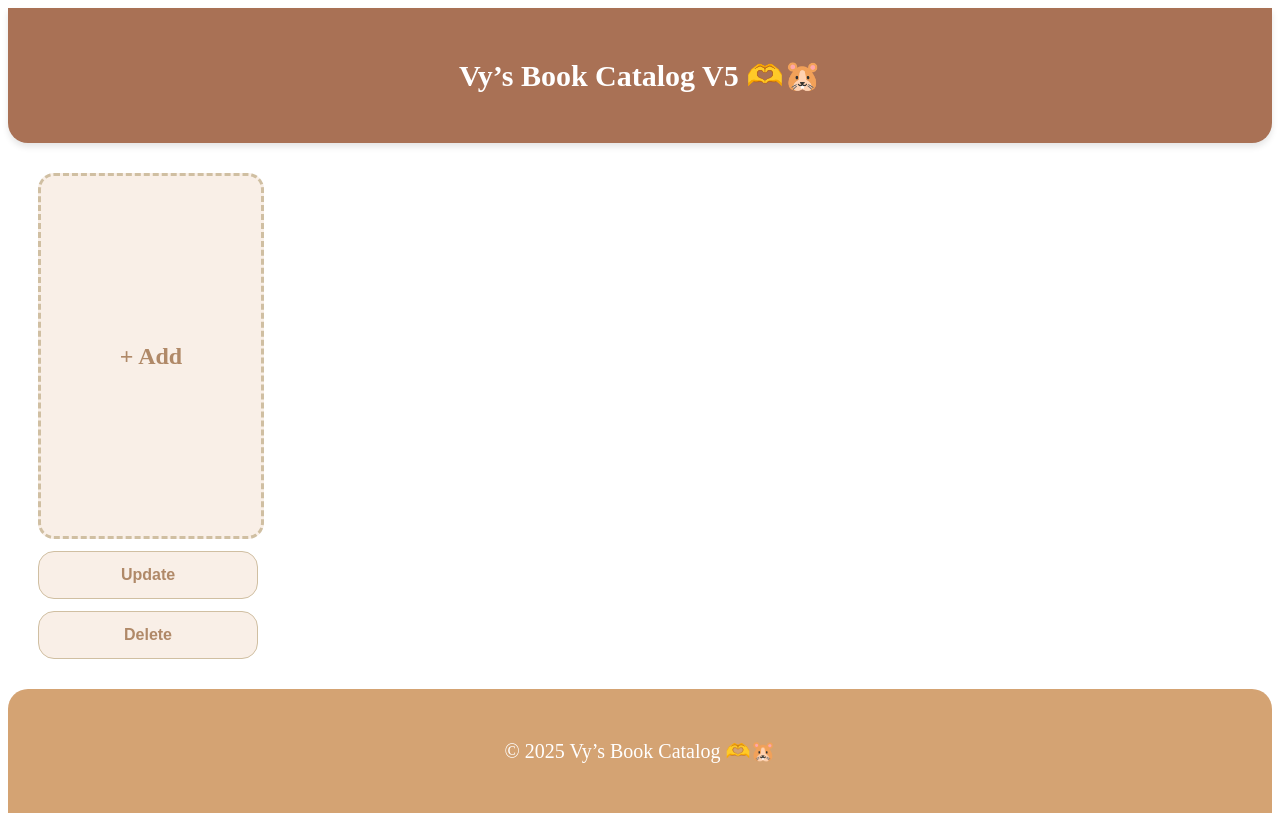
Repository: CucVyTrinh/book-catalog-v6
Page: /
The author's editor kept a copy of each file at every save. The page is drawn from the files as they stood at one save, then again after the next save.
The browser window is 1280 px wide. The pictures show the whole page.
The project was rebuilt for these pictures with package versions that can differ from the ones it lists, and the page was loaded fresh each time. Also part of the build but not shown: vite.config.js, src/index.css, src/components/Book.jsx, src/components/AddBookModal.jsx.

Above is the page before, as saved 2025-10-26 22:05:36.

### index.html
<!doctype html>
<html lang="en">
  <head>
    <meta charset="UTF-8" />
    <link rel="icon" type="image/svg+xml" href="/vite.svg" />
    <meta name="viewport" content="width=device-width, initial-scale=1.0" />
    <title>book-catalog-v4</title>
  </head>
  <body>
    <div id="root"></div>
    <script type="module" src="/src/main.jsx"></script>
  </body>
</html>

### src/App.jsx
import React, { useState } from "react";
import "./App.css";

import Header from "./components/Header";
import Footer from "./components/Footer";
import LeftColumn from "./components/LeftColumn";
import BooksGrid from "./components/BooksGrid";
import AddBookModal from "./components/AddBookModal";

export default function App() {
  // Start empty to meet requirement: "The app should be empty of books initially."
  const [books, setBooks] = useState([]);

  const [showModal, setShowModal] = useState(false);

  // Form matches the required fields in your screenshot
  const [form, setForm] = useState({
    title: "",
    author: "",
    publisher: "",
    year: "",
    language: "",
    pages: "",
    coverUrl: "",
  });

  const handleSelect = (clickedBook) => {
    setBooks((prev) =>
      prev.map((b) =>
        b.title === clickedBook.title
          ? { ...b, selected: !b.selected }
          : { ...b, selected: false }
      )
    );
  };

  const handleDelete = () => {
    setBooks((prev) => prev.filter((b) => !b.selected));
  };

  const handleAddBook = (e) => {
    e.preventDefault();

    const yearNum =
      String(form.year).trim() === "" ? null : Number(String(form.year).trim());
    const pagesNum =
      String(form.pages).trim() === "" ? null : Number(String(form.pages).trim());

    const newBook = {
      title: form.title.trim(),
      author: form.author.trim(),
      publisher: form.publisher.trim(),
      year: yearNum,
      language: form.language.trim(),
      pages: pagesNum,
      coverUrl:
        form.coverUrl?.trim() || "https://via.placeholder.com/150?text=Book+Cover",
      selected: false,
    };

    setBooks((prev) => [...prev, newBook]);

    setForm({
      title: "",
      author: "",
      publisher: "",
      year: "",
      language: "",
      pages: "",
      coverUrl: "",
    });
    setShowModal(false);
  };

  const handleUpdate = () => {
    alert("Update button clicked (no-op)");
  };

  return (
    <div style={{ display: "flex", flexDirection: "column", minHeight: "100vh" }}>
      <Header title="Vy’s Book Catalog V5 🫶🐹" />
      <main style={{ flex: 1, padding: "30px" }}>
        <div style={{ display: "grid", gridTemplateColumns: "250px 1fr", gap: "12px" }}>
          <LeftColumn
            onOpenAdd={() => setShowModal(true)}
            onUpdate={handleUpdate}
            onDelete={handleDelete}
          />
          <BooksGrid books={books} onSelect={handleSelect} />
        </div>
      </main>
      <Footer />

      <AddBookModal
        open={showModal}
        form={form}
        setForm={setForm}
        onClose={() => setShowModal(false)}
        onSubmit={handleAddBook}
      />
    </div>
  );
}

### src/App.css
/* ===== Books Grid ===== */
.books-grid {
    display: grid;
    grid-template-columns: repeat(auto-fit, minmax(250px, 1fr));
    gap: 12px;
    justify-items: center;
    align-items: start;
}

/* ===== Add Button ===== */
.add-button {
    display: flex;
    justify-content: center;
    align-items: center;
    border: 3px dashed #d0bfa2;
    background: #f9efe7;
    color: #b08968;
    font-size: 24px;
    font-weight: bold;
    height: 360px;
    width: 220px;
    /* match book card width */
    border-radius: 16px;
    cursor: pointer;
    transition: transform 0.2s ease, background 0.2s ease;
}

.add-button:hover {
    transform: scale(1.05);
    background: #f0e3d9;
}

/* ===== Left Column Buttons ===== */
.left-column {
    display: flex;
    flex-direction: column;
    gap: 12px;
    /* spacing between buttons */
}

.left-column button {
    width: 220px;
    /* match Add button width */
    padding: 14px 0;
    font-size: 16px;
    font-weight: bold;
    border-radius: 16px;
    border: 1px solid #d0bfa2;
    background: #f9efe7;
    color: #b08968;
    cursor: pointer;
    transition: all 0.2s ease;
}

.left-column button:hover {
    background: #f0e3d9;
    color: #a46d4a;
    border-color: #b08968;
}

/* ===== Modal Overlay ===== */
.modal-overlay {
    position: fixed;
    top: 0;
    left: 0;
    right: 0;
    bottom: 0;
    background: rgba(0, 0, 0, 0.5);
    display: flex;
    justify-content: center;
    align-items: center;
    z-index: 100;
    padding: 20px;
}

/* ===== Modal Form ===== */
.modal-form {
    background: #fff;
    padding: 40px;
    border-radius: 20px;
    display: flex;
    flex-direction: column;
    gap: 18px;
    min-width: 450px;
    max-width: 90vw;
    box-shadow: 0 8px 20px rgba(0, 0, 0, 0.3);
}

.modal-form h2 {
    font-size: 28px;
    margin-bottom: 8px;
}

/* Align labels left, inputs right like your screenshot */
.modal-form label {
    display: grid;
    grid-template-columns: 200px 1fr;
    align-items: center;
    gap: 16px;
}

.modal-form label span {
    font-weight: 600;
}

.modal-form input {
    padding: 12px;
    font-size: 16px;
    border-radius: 8px;
    border: 1px solid #ccc;
}

.modal-form button {
    padding: 12px;
    font-size: 18px;
    font-weight: bold;
    border-radius: 10px;
    border: none;
    background-color: #4f855a;
    /* green-ish like screenshot */
    color: white;
    cursor: pointer;
    transition: all 0.2s ease;
    width: 160px;
    margin-left: auto;
    /* push SAVE to the right */
}

.modal-form button:hover {
    opacity: 0.9;
}

/* ===== Book Card ===== */
.book-card {
    width: 220px;
    height: 360px;
    border-radius: 16px;
    padding: 16px;
    display: flex;
    flex-direction: column;
    justify-content: space-between;
    align-items: center;
    background: #fdf6f0;
    box-shadow: 0 4px 8px rgba(0, 0, 0, 0.08);
    position: relative;
    cursor: pointer;
    transition: all 0.2s ease;
}

.book-card.selected {
    background: #ffe0b3;
    box-shadow: 0 0 0 3px #b08968;
}

.book-card img {
    max-width: 100%;
    max-height: 140px;
    object-fit: contain;
}

.book-card h3 {
    font-size: 15px;
    font-weight: bold;
    text-align: center;
}

.book-card p {
    font-size: 13px;
    color: #8b6f47;
}

.book-card a {
    font-size: 13px;
    background: #b08968;
    color: white;
    padding: 6px 10px;
    border-radius: 8px;
    text-decoration: none;
}

### src/components/Header.jsx
// src/components/Header.jsx
import React from "react";

export default function Header({ title }) {
  return (
    <header
      style={{
        padding: "50px",
        background: "#a97155",
        color: "white",
        textAlign: "center",
        borderBottomLeftRadius: "20px",
        borderBottomRightRadius: "20px",
        boxShadow: "0 4px 6px rgba(0,0,0,0.1)",
      }}
    >
      <h1 style={{ margin: 0, fontSize: "30px" }}>{title}</h1>
    </header>
  );
}

### src/components/Footer.jsx
// src/components/Footer.jsx
import React from "react";

export default function Footer() {
  return (
    <footer
      style={{
        textAlign: "center",
        padding: "50px",
        fontSize: "20px",
        background: "#d4a373",
        color: "#fff",
        borderTopLeftRadius: "20px",
        borderTopRightRadius: "20px",
        marginTop: "auto",
      }}
    >
      © {new Date().getFullYear()} Vy’s Book Catalog 🫶🐹
    </footer>
  );
}

### src/components/LeftColumn.jsx
// src/components/LeftColumn.jsx
import React from "react";

export default function LeftColumn({ onOpenAdd, onUpdate, onDelete }) {
  return (
    <div className="left-column" style={{ display: "flex", flexDirection: "column", gap: "12px" }}>
      <div className="add-button" onClick={onOpenAdd}>+ Add</div>
      <button onClick={onUpdate}>Update</button>
      <button onClick={onDelete}>Delete</button>
    </div>
  );
}

### src/components/BooksGrid.jsx
// src/components/BooksGrid.jsx
import React from "react";
import Book from "./Book";

export default function BooksGrid({ books, onSelect }) {
  return (
    <div className="books-grid" style={{ display: "flex", flexWrap: "wrap", gap: "12px" }}>
      {books.map((book) => (
        <Book key={book.title} book={book} onSelect={onSelect} />
      ))}
    </div>
  );
}

Loaded but not shown: src/main.jsx (common file)

After the next save:
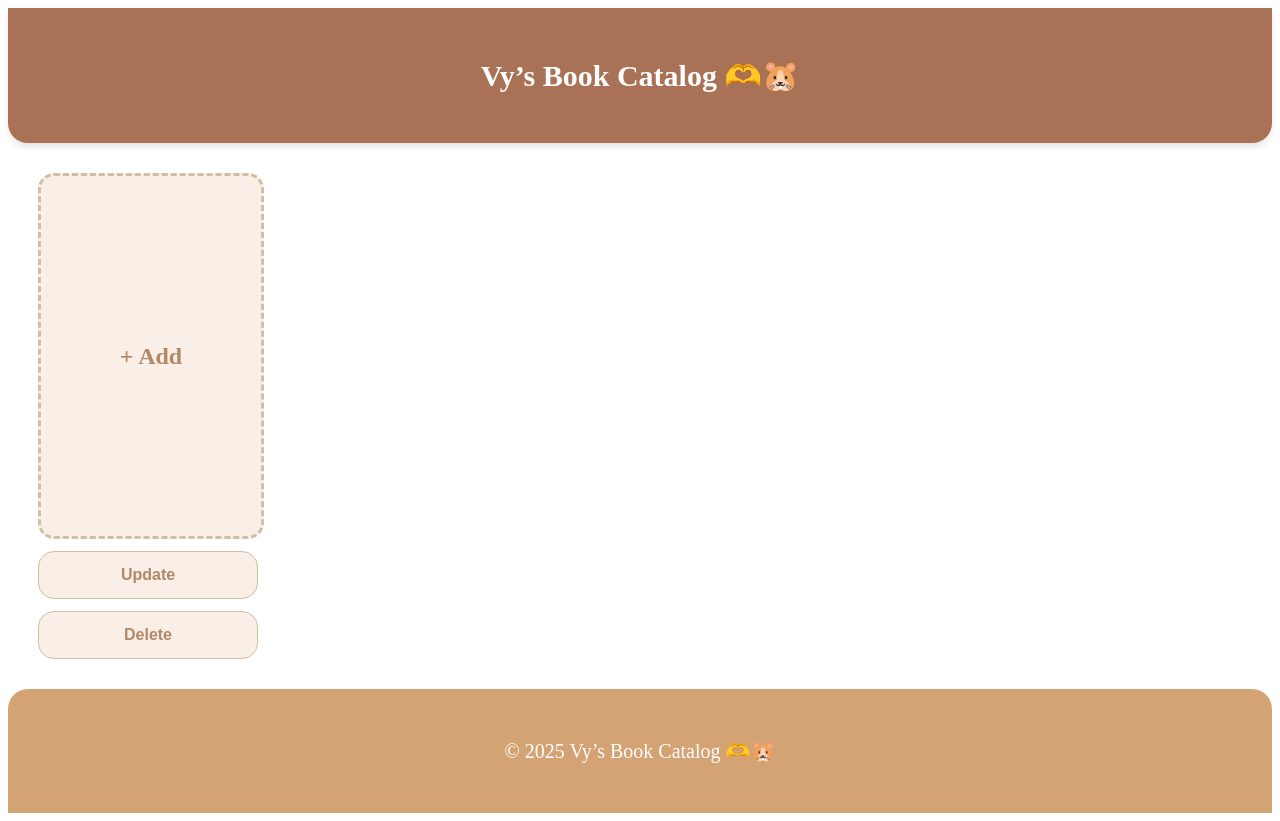
Saved 8 s later.
--- a/src/App.jsx
+++ b/src/App.jsx
@@ -78,7 +78,7 @@ export default function App() {
 
   return (
     <div style={{ display: "flex", flexDirection: "column", minHeight: "100vh" }}>
-      <Header title="Vy’s Book Catalog V5 🫶🐹" />
+      <Header title="Vy’s Book Catalog 🫶🐹" />
       <main style={{ flex: 1, padding: "30px" }}>
         <div style={{ display: "grid", gridTemplateColumns: "250px 1fr", gap: "12px" }}>
           <LeftColumn
